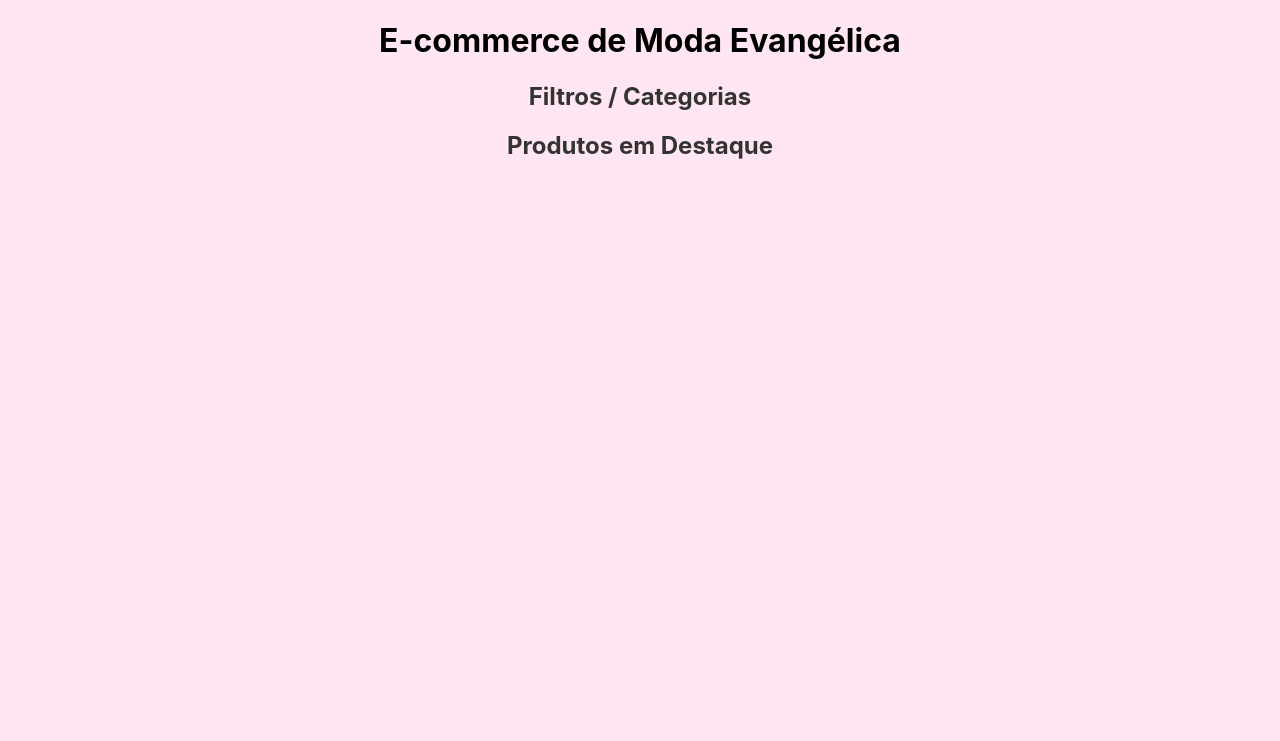
Repository: Mixchelle/ecommerce-moda-evangelica
Page: /
The author's editor kept a copy of each file at every save. The page is drawn from the files as they stood at one save, then again after a run of saves.
The browser window is 1280 px wide. The pictures show the whole page.
The project was rebuilt for these pictures with package versions that can differ from the ones it lists, and the page was loaded fresh each time. Also part of the build but not shown: src/pages/Login.js, src/pages/LoginAdmin.jsx, src/pages/Admin.js, src/pages/Cart.js.

Above is the page before, as saved 2024-04-29 22:11:49.

### src/App.js
import React from 'react';
import { BrowserRouter as Router, Routes, Route } from 'react-router-dom';
import './App.css';
import Home from './pages/Home';
import Login from './pages/Login';
import LoginAdmin from './pages/LoginAdmin';
import Admin from './pages/Admin';
import Cart from './pages/Cart';

function App() {
  return (
    <Router>
      <div className="App">
        <Routes>
          <Route exact path="/" element={<Home />} />
          <Route path="/login" element={<Login />} />
          <Route path="/login-admin" element={<LoginAdmin />} />
          <Route path="/admin" element={<Admin />} />
          <Route path="/cart" element={<Cart />} />
        </Routes>
      </div>
    </Router>
  );
}

export default App;

### src/pages/Home.js
// src/pages/Home.js
import React from 'react';
import Header from '../components/Header';
import CategoriesFilter from '../components/CategoriesFilter';

const Home = () => {
  return (
    <div>
      <Header />
      <CategoriesFilter />
      <h2>Produtos em Destaque</h2>
      {/* Adicione os produtos em destaque aqui */}
    </div>
  );
}

export default Home;

### src/components/Header.js
// src/components/Header.js
import React from 'react';

const Header = () => {
  return (
    <header>
      <h1>E-commerce de Moda Evangélica</h1>
      {/* Aqui você pode adicionar elementos de navegação, como links para login, carrinho, etc. */}
    </header>
  );
}

export default Header;

### src/components/CategoriesFilter.js
// src/components/CategoriesFilter.js
import React from 'react';

const CategoriesFilter = () => {
  // Aqui você pode adicionar opções de filtro por categorias de produtos
  return (
    <div>
      <h2>Filtros / Categorias</h2>
      {/* Adicione os filtros de categorias aqui */}
    </div>
  );
}

export default CategoriesFilter;

### src/style/Login.css
body {
  background-color: #ffe6f2; /* Rosa claro */
  height: 100vh;
  margin: 0;
  padding: 0;
}

.login-container {
  margin-top: 10%;
  margin-bottom: auto;
  margin-left: auto;
  margin-right: auto;
  display: flex;
  flex-direction: column;
  align-items: center;
  background-color: rgba(255, 255, 255, 0.8); /* Fundo branco com transparência */
  border-radius: 10px;
  box-shadow: 0 0 20px rgba(0, 0, 0, 0.1);
  padding: 20px;
}

h2 {
  color: #333;
  text-align: center;
  margin-bottom: 20px;

}

.login-form-container {
  display: flex;
  flex-direction:row;
  align-items: center;
  width: 70%;
  justify-content: center;
}

.login-image img {
  max-width: 1000px;
  margin-bottom: 20px;
  margin-left: 10px;
}
.logo{
  max-width: 300px;
  margin-bottom: 20px;
  margin-left: 10px;
}

.login-form {
  width: 100%;
  max-width: 400px;
}

.form-group {
  margin-bottom: 20px;
  text-align: left;
  margin-left: 200px;
  width: 70%;
}

.form-group label {
  display: block;
  margin-bottom: 5px;
  font-weight: bold;
}

.form-control {
  width: 100%;
  padding: 10px;
  font-size: 16px;
  border: 1px solid #ccc;
  border-radius: 5px;
  outline: none;
}

.btn-primary {
  width: 100%;
  padding: 10px;
  font-size: 18px;
  color: #fff;
  background-color: #ff3399; /* Rosa */
  border: none;
  border-radius: 5px;
  cursor: pointer;
  outline: none;
  transition: background-color 0.3s ease;
}

.btn-primary:hover {
  background-color: #e60073; /* Rosa mais escuro ao passar o mouse */
}

Loaded but not shown: public/index.html (common file); src/index.js (common file); src/index.css (common file); src/reportWebVitals.js (common file); src/App.css (common file)

After the next 3 saves:
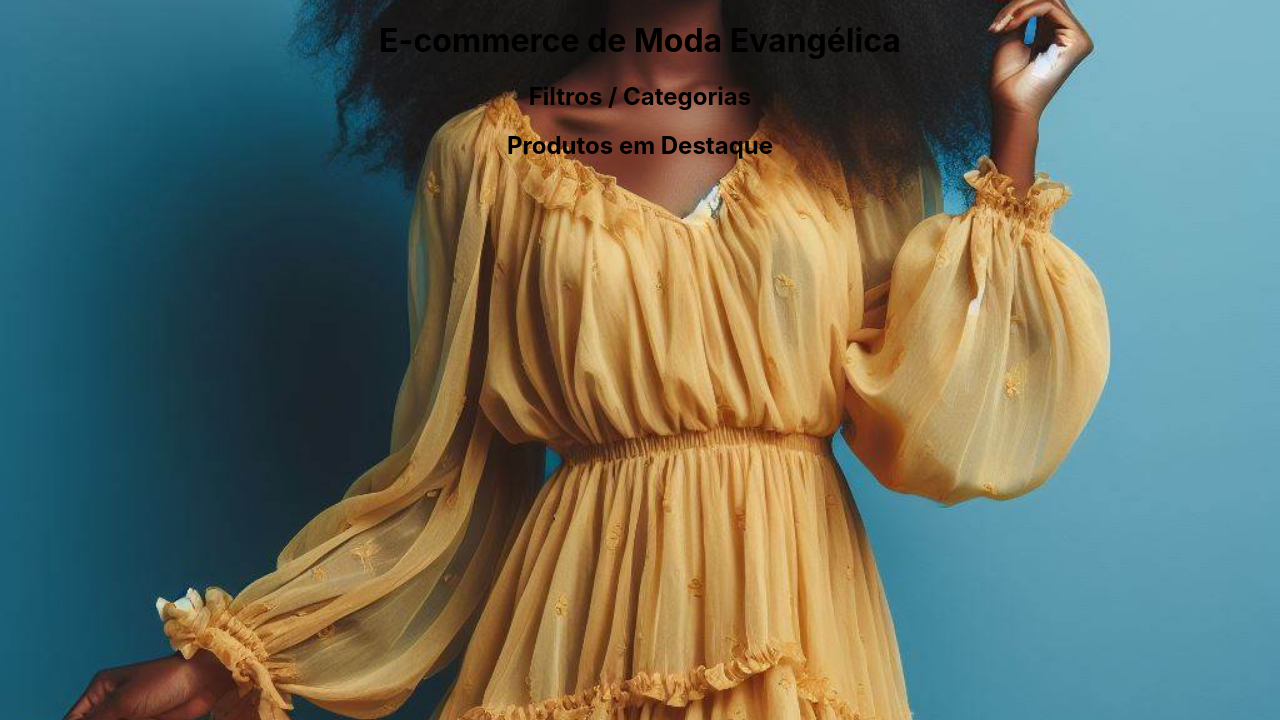
The 3 saves are shown as one change because 1 did not build or start and some came seconds apart.
The last was saved 41 s later.
--- a/src/style/Login.css
+++ b/src/style/Login.css
@@ -1,70 +1,62 @@
 body {
-  background-color: #ffe6f2; /* Rosa claro */
-  height: 100vh;
+  background-image: url('../assets/OIG2.3KeraQGUKquJ4o.jpeg');
+  background-size: cover;
+  background-repeat: no-repeat;
+  background-position: center;
+  height: 78vh;
   margin: 0;
   padding: 0;
 }
 
 .login-container {
-  margin-top: 10%;
+  margin-top: 15%;
   margin-bottom: auto;
   margin-left: auto;
   margin-right: auto;
   display: flex;
-  flex-direction: column;
+  width: 80%;
+  justify-content: center;
   align-items: center;
-  background-color: rgba(255, 255, 255, 0.8); /* Fundo branco com transparência */
+  background-color: rgba(240, 244, 248, 0.5);
   border-radius: 10px;
   box-shadow: 0 0 20px rgba(0, 0, 0, 0.1);
+}
+
+.image-container {
+  flex: 1;
+}
+
+.image-container img {
+  max-width: 120%;
+  flex: 1;
   padding: 20px;
 }
 
-h2 {
+.form-container {
+  flex: 1;
+
+  margin-right: 40px;
+}
+
+.form-container h1 {
   color: #333;
   text-align: center;
-  margin-bottom: 20px;
-
-}
-
-.login-form-container {
-  display: flex;
-  flex-direction:row;
-  align-items: center;
-  width: 70%;
-  justify-content: center;
-}
-
-.login-image img {
-  max-width: 1000px;
-  margin-bottom: 20px;
-  margin-left: 10px;
-}
-.logo{
-  max-width: 300px;
-  margin-bottom: 20px;
-  margin-left: 10px;
-}
-
-.login-form {
-  width: 100%;
-  max-width: 400px;
 }
 
 .form-group {
   margin-bottom: 20px;
-  text-align: left;
-  margin-left: 200px;
-  width: 70%;
+  text-align: center;
 }
 
 .form-group label {
   display: block;
   margin-bottom: 5px;
-  font-weight: bold;
+  text-align: left;
+  margin-left: 100px;
 }
 
-.form-control {
-  width: 100%;
+.form-group input {
+  width: 60%;
   padding: 10px;
   font-size: 16px;
   border: 1px solid #ccc;
@@ -72,19 +64,78 @@ h2 {
   outline: none;
 }
 
-.btn-primary {
-  width: 100%;
+button {
+  width: 40%;
   padding: 10px;
   font-size: 18px;
   color: #fff;
-  background-color: #ff3399; /* Rosa */
+  background-color: #007bff; /* Azul moderno */
   border: none;
   border-radius: 5px;
   cursor: pointer;
   outline: none;
   transition: background-color 0.3s ease;
+  margin-left: 150px;
 }
 
-.btn-primary:hover {
-  background-color: #e60073; /* Rosa mais escuro ao passar o mouse */
+button:hover {
+  background-color: #0056b3; /* Azul mais escuro ao passar o mouse */
 }
+
+button {
+  font-family: ui-monospace, SFMono-Regular, Menlo, Monaco, Consolas,
+    'Liberation Mono', 'Courier New', monospace;
+  font-size: 17px;
+  padding: 1em 2.7em;
+  font-weight: 500;
+  background: #1f2937;
+  color: white;
+  border: none;
+  position: relative;
+  overflow: hidden;
+  border-radius: 0.6em;
+  cursor: pointer;
+  text-align: center;
+}
+
+.gradient {
+  position: absolute;
+  width: 100%;
+  height: 100%;
+  left: 0;
+  top: 0;
+  border-radius: 0.6em;
+  margin-top: -0.25em;
+  background-image: linear-gradient(
+    rgba(0, 0, 0, 0),
+    rgba(0, 0, 0, 0),
+    rgba(0, 0, 0, 0.3)
+  );
+}
+
+.label {
+  position: relative;
+  top: -1px;
+}
+
+.transition {
+  transition-timing-function: cubic-bezier(0, 0, 0.2, 1);
+  transition-duration: 500ms;
+  background-color: rgba(16, 185, 129, 0.6);
+  border-radius: 9999px;
+  width: 0;
+  height: 0;
+  position: absolute;
+  left: 50%;
+  top: 50%;
+  transform: translate(-50%, -50%);
+}
+
+button:hover .transition {
+  width: 14em;
+  height: 14em;
+}
+
+button:active {
+  transform: scale(0.97);
+}
